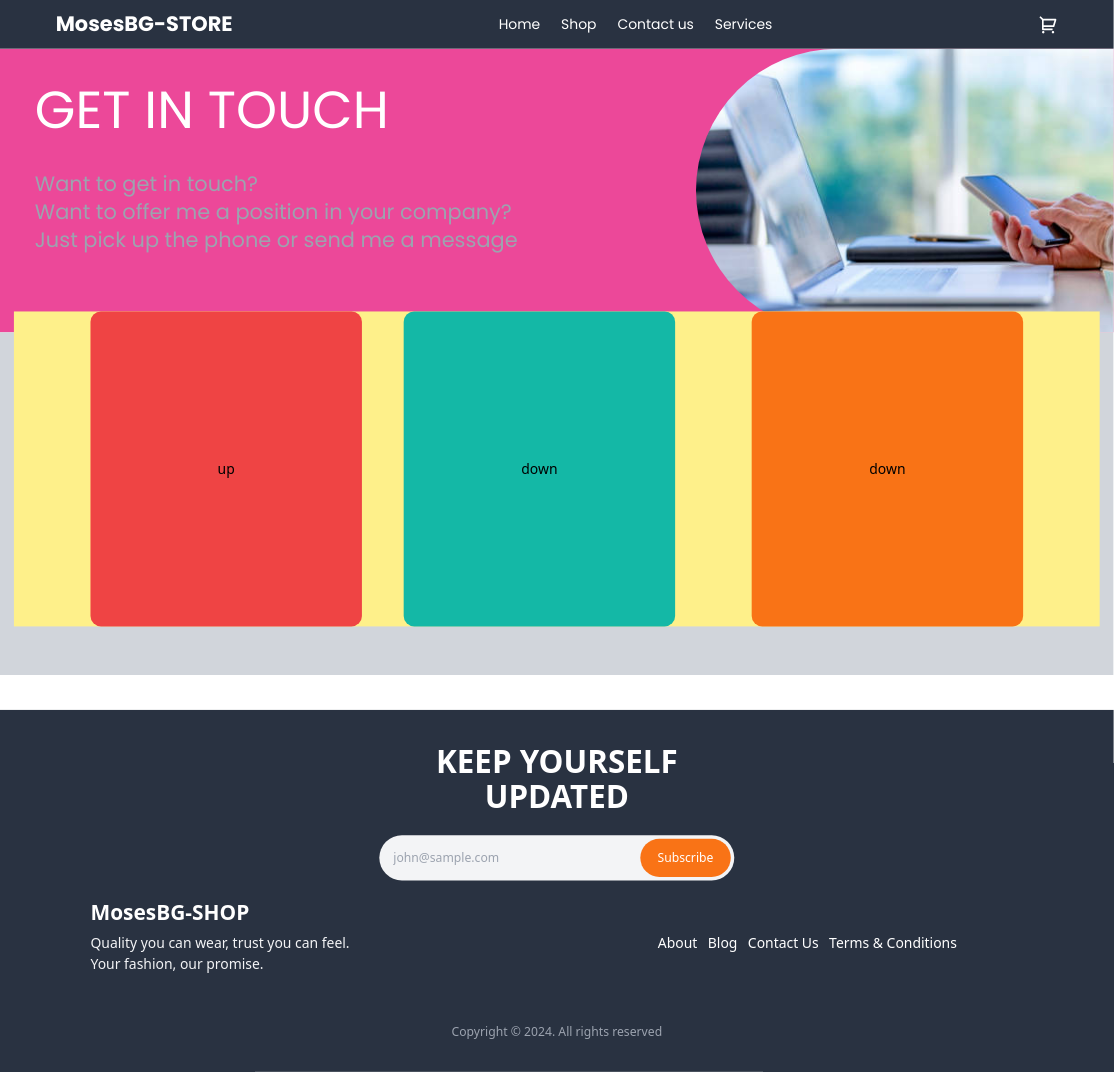
Repository: moshebengan/cart
Page: /fake-store/contact-us
An editor plug-in stored every save of this project. The page is shown before and after the next save, followed by the edit.
The browser window is 1280 px wide. The pictures show the whole page, at 87% of full size.
The project was rebuilt for these pictures with package versions that can differ from the ones it lists, and the page was loaded fresh each time. Also part of the build but not shown: vite.config.js, src/components/Error.jsx, src/utils/data.js, src/utils/apiCalls.js, src/components/Loading.jsx, src/components/Products.jsx, src/pages/HomePage.jsx, src/components/EmptyCart.jsx and 4 more.

Above is the page before, as saved 2024-09-16 09:15:14.

### index.html
<!DOCTYPE html>
<html lang="en">
  <head>
    <meta charset="UTF-8" />
    <link rel="icon" type="image/svg+xml" href="/vite.svg" />
    <meta name="viewport" content="width=device-width, initial-scale=1.0" />
    <link rel="preconnect" href="https://fonts.googleapis.com" />
    <link rel="preconnect" href="https://fonts.gstatic.com" crossorigin />
    <link
      href="https://fonts.googleapis.com/css2?family=Poppins:ital,wght@0,100;0,200;0,300;0,400;0,500;0,600;0,700;0,800;0,900;1,100;1,200;1,300;1,400;1,500;1,600;1,700;1,800;1,900&display=swap"
      rel="stylesheet"
    />
    <title>MosesBG-SHOP</title>
  </head>
  <body>
    <div id="root"></div>
    <script type="module" src="/src/main.jsx"></script>
  </body>
</html>

### src/main.jsx
import { StrictMode } from 'react'
import { createRoot } from 'react-dom/client'

import './index.css'
import { createBrowserRouter, RouterProvider } from 'react-router-dom'
import routes from './routes.jsx'

const router = createBrowserRouter(routes)

createRoot(document.getElementById('root')).render(
  <StrictMode>
    <RouterProvider router={router} />
  </StrictMode>,
)

### src/index.css
@tailwind base;
@tailwind components;
@tailwind utilities;

body,
html {
  height: 100%;
  width: 100%;
}

.container {
  width: 90%;
  margin: auto;
}

### src/routes.jsx
import Error from "./components/Error";
import ContactUs from "./pages/ContactUs";
import HomePage from "./pages/HomePage";
import MyCart from "./pages/MyCart";
import NavigationBar from "./pages/NavigationBar";
import ShopPage from "./pages/ShopPage";


const routes = [
	{
		path: '/fake-store',
		element: <NavigationBar />,
		children: [
			{
				path:"home",
				element:<HomePage/>,
				errorElement: <Error/>
			},
			{ 	path: 'shop',
				 	element: <ShopPage />,
					errorElement: <Error/>

			},
			{
				path: 'cart',
				element: <MyCart />,
				errorElement: <Error/>
			},
			{
				path:'contact-us',
				element: <ContactUs/>,
				errorElement: <Error />
			}
		]

	},

];

export default routes

### src/pages/ContactUs.jsx
import Footer from "../components/Footer";

const ContactUs = () => {
  return (
    <>
      <div className="w-full h-screen flex flex-col overflow-x-hidden">
        <div className="w-full h-[50%] relative">
          <div className="h-full bg-pink-500 flex flex-col">
            <h3 className="text-white text-6xl ml-10 mt-10 font-poppins">
              GET IN TOUCH
            </h3>
            <h4 className="text-gray-400 text-2xl ml-10 mt-10 font-poppins">
              Want to get in touch? <br />
              Want to offer me a position in your company?
              <br />
              Just pick up the phone or send me a message
            </h4>
          </div>
          <img
            src="/public/contactus2.jpg"
            alt=""
            className="w-[50%] h-full absolute -right-40 top-0 rounded-full object-cover"
          />
        </div>
        <div className="relative w-full h-[60%] bg-gray-300 p-4">
        <div className="h-full  bg-yellow-200 flex justify-evenly relative -top-10  ">
          <div className=" ml-10 w-1/4 h-full bg-red-500  flex items-center justify-center rounded-xl ">
            up
          </div>
          <div className="mr-10 w-1/4 h-full bg-teal-500  flex items-center justify-center rounded-xl ">
            down
          </div>
          <div className="mr-10 w-1/4 h-full bg-orange-500  flex items-center justify-center rounded-xl ">
            down
          </div>
          </div>
        </div>
      </div>

      <Footer />
    </>
  );
};

export default ContactUs;

### src/pages/NavigationBar.jsx
import { useState } from "react";
import { Link, Outlet } from "react-router-dom";
import { IoMdMenu, IoMdClose } from "react-icons/io";
import Cart from "../components/Cart";

const NavigationBar = () => {
  const [isOpen, setIsOpen] = useState(false);
  const [cartItems, setCartItems] = useState(0);

  const openNav = () => {
    setIsOpen(!isOpen);
  };

  const resetNav = () => {
    if (isOpen) setIsOpen(!isOpen);
  };

  return (
    <>
      <div className="w-full bg-dark-blue font-poppins">
        <div className="container">
          <nav className="py-3 flex justify-between items-center text-white">
            <h1 className="font-bold text-2xl">MosesBG-STORE</h1>
            <div className="hidden md:flex gap-6">
              <Link to={"/fake-store/home"}>Home</Link>
              <Link to={"/fake-store/shop"}>Shop</Link>
              <Link to={"/fake-store/contact-us"}>Contact us</Link>
              <Link>Services</Link>
            </div>
            <div className="flex flex-row items-center gap-5">
              <Cart resetNav={resetNav} items={cartItems} />
              <div className="z-50 md:hidden">
                <button className="flex items-center">
                  {isOpen ? (
                    <IoMdClose className="p1" onClick={openNav} />
                  ) : (
                    <IoMdMenu className="p1" onClick={openNav} />
                  )}
                </button>
              </div>
            </div>
          </nav>
          <div
            className={`container text-dark-blue ${
              isOpen ? "block" : "hidden"
            } `}
          >
            <div className="z-40 fixed top-0 left-0 bottom-0 w-full bg-dark-blu opacity-35"></div>
            <nav className="z-50 fixed top-0 left-0 bottom-0 flex flex-col gap-10 w-5/6 max-w-sm py-6 px-6 bg-[#F8F8F8] overflow-y-auto">
              <div>
                <h1 className="font-bold text-3xl">MosesBG-SHOP</h1>
                <hr className="h-px mt-3 bg-gray-200 border-0" />
              </div>
              <div className="flex flex-col gap-5">
                <Link
                  to={"/fake-store"}
                  className="nav-item-hover"
                  onClick={resetNav}
                >
                  Home
                </Link>
                <Link
                  to={"/fake-store/shop"}
                  className="nav-item-hover"
                  onClick={resetNav}
                >
                  Shop
                </Link>
                <Link className="nav-item-hover">Contact Us</Link>
                <Link className="nav-item-hover">Services</Link>
                <hr className="h-px mt-3 bg-gray-200 border-0" />
              </div>
            </nav>
          </div>
        </div>
      </div>
      <div className="h-screen w-auto">
        <Outlet context={[cartItems, setCartItems]} />
      </div>
    </>
  );
};

export default NavigationBar;

### src/components/Footer.jsx
import { Link } from "react-router-dom";

const Footer = () => {
  return (
    <footer className="w-full h-auto bg-dark-blue mt-10 pb-5">
      <div className="mx-auto max-w-md text-center p-5">
        <h1 className="font-bold text-4xl text-white mt-5 mb-3">
          KEEP YOURSELF UPDATED
        </h1>
        <form className="mt-6">
          <div className="relative max-w-lg">
            <label className="sr-only" htmlFor="email">
              Email
            </label>
            <input
              type="email"
              name="email"
              id="email"
              placeholder="john@sample.com"
              className="w-full rounded-full border-gray-200 bg-gray-100 p-4 pe-32 text-sm font-medium focus:outline-none"
            />
            <button className="absolute end-1 top-1/2 -translate-y-1/2 rounded-full bg-orange-500 px-5 py-3 text-sm font-medium text-white hover:bg-orange-900">
              Subscribe
            </button>
          </div>
        </form>
      </div>
      <div className="container grid grid-cols-1 text-white my-10 md:grid-cols-2">
        <div className="w-full flex flex-col px-10 md:text-left ">
          <h1 className="font-bold text-2xl mb-2">MosesBG-SHOP</h1>
          <p className="mb-4 text-base text-gray-100">
          Quality you can wear, trust you can feel. <br />
          Your fashion, our promise.
          </p>
        </div>
        <div className="w-full flex justify-center items-center gap-6 flex-wrap md:gap-3">
          <Link>About</Link>
          <Link>Blog</Link>
          <Link>Contact Us</Link>
          <Link>Terms & Conditions</Link>
        </div>
      </div>
      <p className="mt-10 mb-4 text-sm text-gray-400 text-center">
        Copyright © 2024. All rights reserved
      </p>
    </footer>
  );
};

export default Footer;

### src/components/Cart.jsx
import { RiShoppingCart2Line } from "react-icons/ri";
import { Link } from "react-router-dom";

const Cart = ({ resetNav, items }) => {
  return (
    <Link to={"/fake-store/cart"} onClick={resetNav}>
      <div className="relative">
        <RiShoppingCart2Line size={"1.4em"} />
        <span className="absolute text-xs bg-orange-500 p-0.3 px-1 text-red-50 rounded-full -top-1.5 left-4">
          {items > 0 ? items : ""}
        </span>
      </div>
    </Link>
  );
};

export default Cart;

### tailwind.config.js
/** @type {import('tailwindcss').Config} */
export default {
  content: [
    "./index.html",
    "./src/**/*.{js,ts,jsx,tsx}",
  ],
  theme: {
    fontFamily: {
      poppins: ["Poppins", "sans-serif"]
    },
    extend: {
      backgroundImage: {
        "homepage-image": "url('/public/bghomepage.jpg')",
        "homepage-darker": "url('/public/darkerbg.jpg')",
        "contact-us-image": "url('/public/contactus.jpg')"
      },
      colors: {
      "dark-blue": "#293241"
    },
    keyframes: {
      'fade-in-out': {
        '0%': { opacity: '0', transform: 'scale(0.95)' },
        '100%': { opacity: '1', transform: 'scale(1)' },
      },
    },
    animation: {
      'fade-in-out': 'fade-in-out 0.5s ease-in-out', // Customize duration and easing
    },
  }
  },
  plugins: [],
}

After the next save:
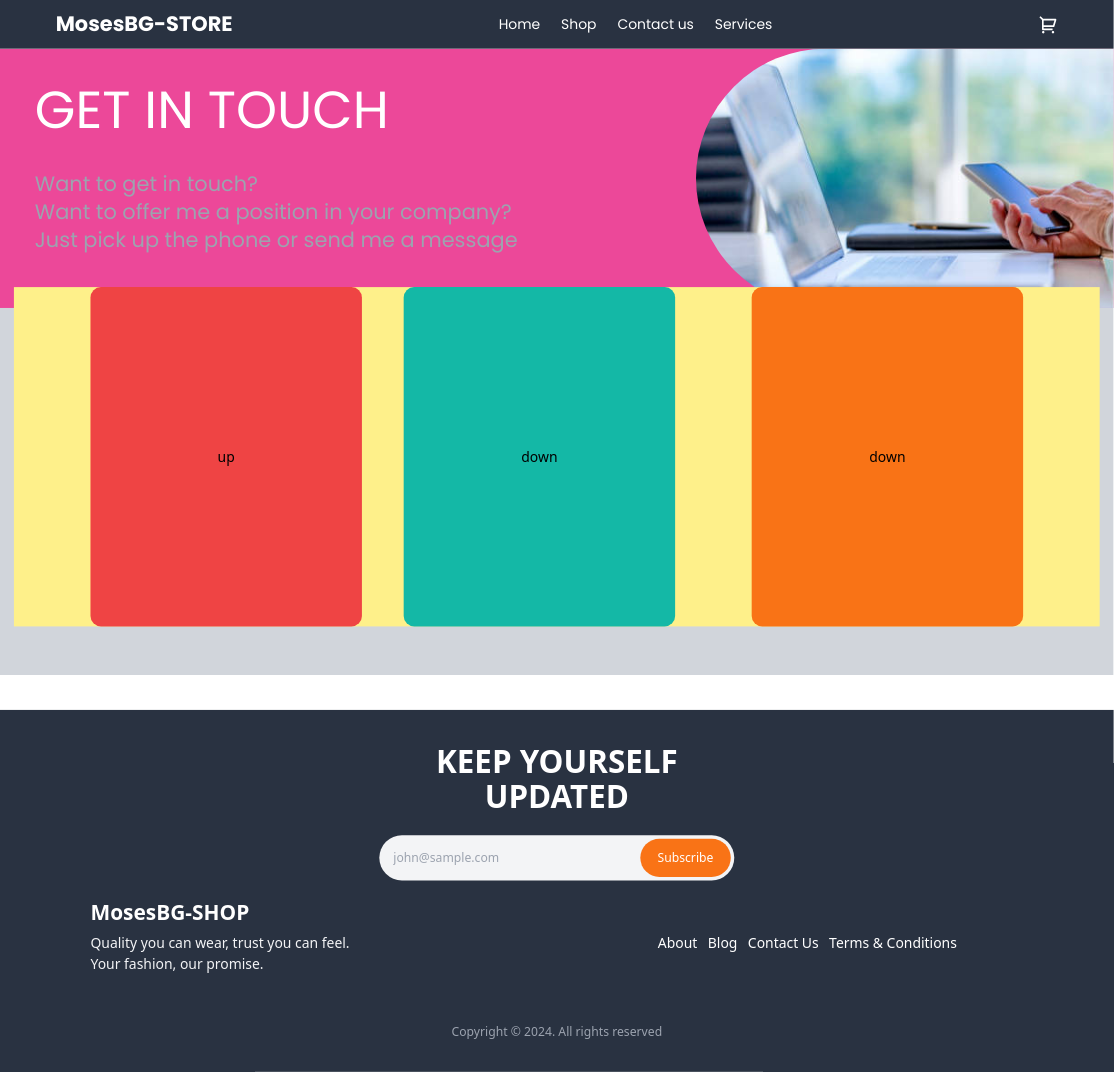
Saved 9 s later.
--- a/src/pages/ContactUs.jsx
+++ b/src/pages/ContactUs.jsx
@@ -22,7 +22,7 @@ const ContactUs = () => {
             className="w-[50%] h-full absolute -right-40 top-0 rounded-full object-cover"
           />
         </div>
-        <div className="relative w-full h-[60%] bg-gray-300 p-4">
+        <div className="relative w-full h-[70%] bg-gray-300 p-4">
         <div className="h-full  bg-yellow-200 flex justify-evenly relative -top-10  ">
           <div className=" ml-10 w-1/4 h-full bg-red-500  flex items-center justify-center rounded-xl ">
             up
